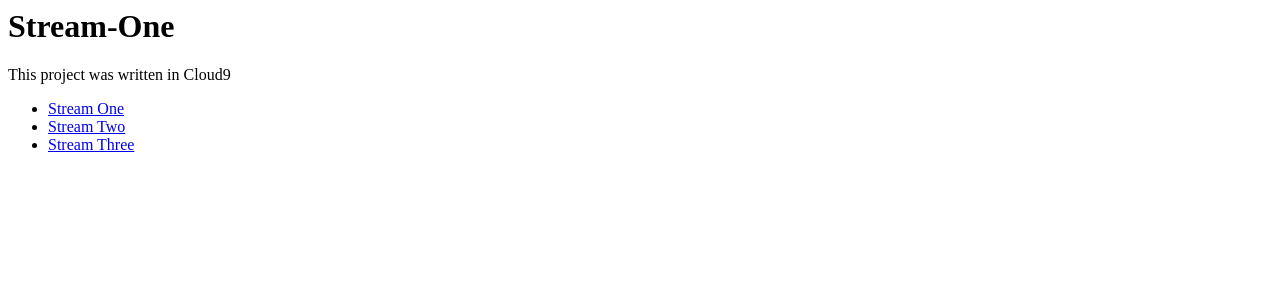
Repository: nosugref/my-first-website
Page: stream-one.html
The author's editor kept a record of every edit. The page is drawn from the files as they stood at one moment, then again after the next edit.
The browser window is 1280 px wide. The pictures show the whole page.

Above is the page before.

After the next edit:
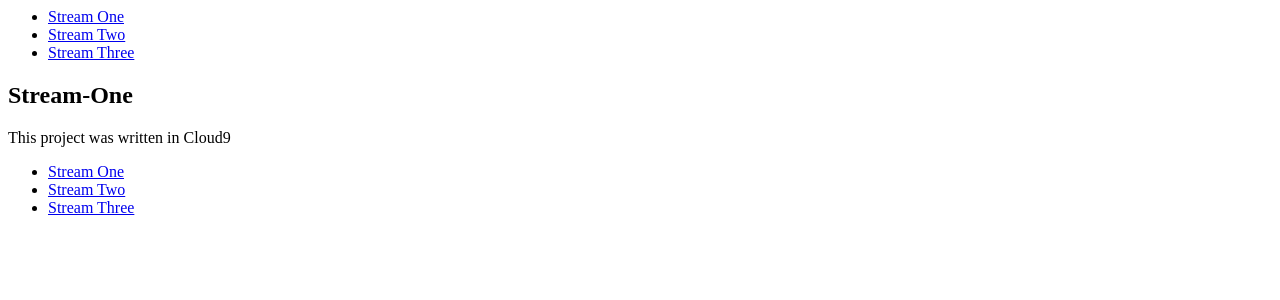
The edit:
--- a/stream-one.html
+++ b/stream-one.html
@@ -3,6 +3,12 @@
         <title>Hello World</title>
     </head>
     <body>
+        <nav>
+            <ul>
+            <li><a href="stream-one.html">Stream One</a></li>
+            <li><a href="stream-two.html">Stream Two</a></li>
+            <li><a href="stream-three.html">Stream Three</a></li>
+        </ul>
         <h1>Stream-One</h1>
         <p>This project was written in Cloud9</p>
     </body>
